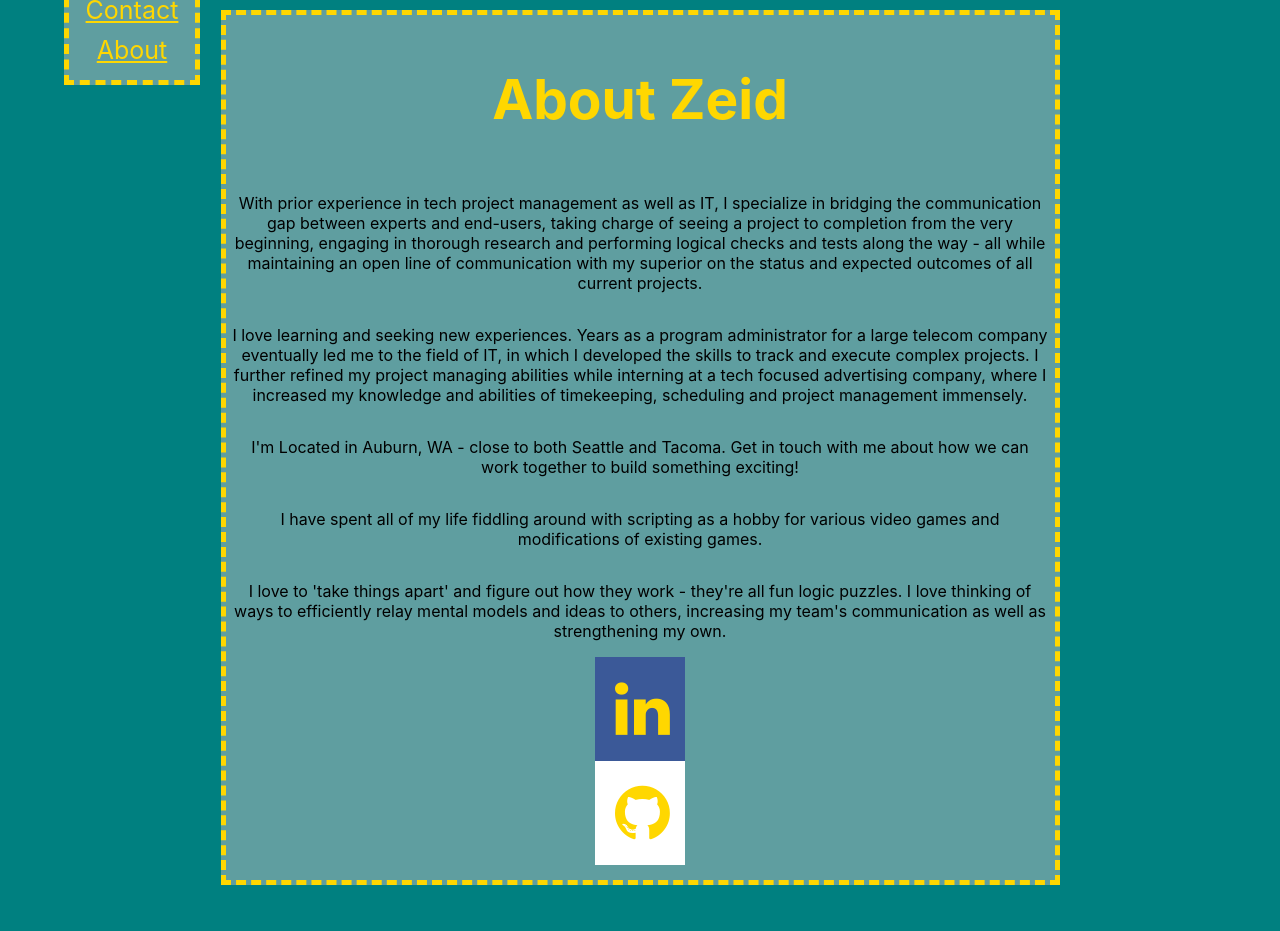
Repository: zeidalidiez/portfolioreact
Page: /About
These files come from the project's save history. The page is drawn as it stood at one moment and after the next save; the edit follows.
The browser window is 1280 px wide. The pictures show the whole page.
The project was rebuilt for these pictures with package versions that can differ from the ones it lists, and the page was loaded fresh each time. Also part of the build but not shown: src/components/Thumbnail.js, src/components/Projects.js, src/components/Contact.js.

Above is the page before, as saved 2021-02-08 18:57:38.

### public/index.html
<!DOCTYPE html>
<html lang="en">
  <head>
    <meta charset="utf-8" />
    <link href="data:[embedded picture, 289 characters]" rel="icon" type="image/x-icon" />    <meta name="viewport" content="width=device-width, initial-scale=1" />
    <link rel="stylesheet" href="https://cdnjs.cloudflare.com/ajax/libs/font-awesome/4.7.0/css/font-awesome.min.css">
    <meta name="theme-color" content="#000000" />
    <meta
      name="description"
      content="Web site created using create-react-app"
    />    <!--
      manifest.json provides metadata used when your web app is installed on a
      user's mobile device or desktop. See https://developers.google.com/web/fundamentals/web-app-manifest/
    -->
    <link rel="manifest" href="%PUBLIC_URL%/manifest.json" />
    <!--
      Notice the use of %PUBLIC_URL% in the tags above.
      It will be replaced with the URL of the `public` folder during the build.
      Only files inside the `public` folder can be referenced from the HTML.

      Unlike "/favicon.ico" or "favicon.ico", "%PUBLIC_URL%/favicon.ico" will
      work correctly both with client-side routing and a non-root public URL.
      Learn how to configure a non-root public URL by running `npm run build`.
    -->
    <title>Zeid Diez - Portfolio</title>
  </head>
  <body>
    <noscript>You need to enable JavaScript to run this app.</noscript>
    <div id="root"></div>
    <!--
      This HTML file is a template.
      If you open it directly in the browser, you will see an empty page.

      You can add webfonts, meta tags, or analytics to this file.
      The build step will place the bundled scripts into the <body> tag.

      To begin the development, run `npm start` or `yarn start`.
      To create a production bundle, use `npm run build` or `yarn build`.
    -->
  </body>
</html>

### src/index.js
import React from 'react';
import ReactDOM from 'react-dom';
import './index.css';
import App from './components/App';
import reportWebVitals from './reportWebVitals';

ReactDOM.render(
  <React.StrictMode>
  <App />
  </React.StrictMode>,
  document.getElementById('root')
);

// If you want to start measuring performance in your app, pass a function
// to log results (for example: reportWebVitals(console.log))
// or send to an analytics endpoint. Learn more: https://bit.ly/CRA-vitals
reportWebVitals();

### src/components/App.js
// App.jsx

import React from 'react';
import logo from './logo.svg';
// Import the BrowserRouter, Route and Link components
import {Route, BrowserRouter as Router, Link} from "react-router-dom";
import Projects from './Projects.js';
import Contact from './Contact.js';
import About from './About.js';
import './App.css';

function App() {
  return (
    <header>
    <Router>
      <div className="App">
        <Route exact path="/Projects" component={Projects} />
        <Route exact path="/Contact" component={Contact} />
        <Route exact path="/About" component={About} />
        <Route exact path="/" component={About} />
  <nav>
        <div className="navigation">
          <div className="navigation-sub">
            <Link to="/Projects" className="item">Projects</Link>
            <Link to="/Contact" className="item">Contact</Link>
            <Link to="/About" className="item">About</Link>

          </div>
        </div>
        </nav>
      </div>
    </Router>
    <menu>

</menu>
    </header>


  );
}

export default App;

### src/components/About.js
import React from "react"

function About(props) {
  return (
    <div className="aboutDiv">
      <h2>About Zeid</h2>
      <p>With prior experience in tech project management as well as IT, I specialize in bridging the communication gap between experts and end-users, taking charge of seeing a project to completion from the very beginning, engaging in thorough research and performing logical checks and tests along the way - all while maintaining an open line of communication with my superior on the status and expected outcomes of all current projects. </p>
      <p>I love learning and seeking new experiences. Years as a program administrator for a large telecom company eventually led me to the field of IT, in which I developed the skills to track and execute complex projects. I further refined my project managing abilities while interning at a tech focused advertising company, where I increased my knowledge and abilities of timekeeping, scheduling and project management immensely.</p>
      <p>I'm Located in Auburn, WA - close to both Seattle and Tacoma. Get in touch with me about how we can work together to build something exciting! </p>
      <p>I have spent all of my life fiddling around with scripting as a hobby for various video games and modifications of existing games.</p>
      <p>I love to 'take things apart' and figure out how they work - they're all fun logic puzzles. I love thinking of ways to efficiently relay mental models and ideas to others, increasing my team's communication as well as strengthening my own.</p>

      <a href="https://www.linkedin.com/in/zeid-diez/" class="fa fa-linkedin"></a>
      <a href="https://github.com/zeidalidiez" class="fa fa-github"></a>
    </div>
  )
}

export default About;

### src/components/App.css

body {
  background-color: teal;
  display: grid;
}
div {
display: grid;
padding: 5px;
position: relative;
text-align: center;
padding-bottom: 15px;

}
 .projectDiv {
  background-color: cadetblue;
  width: 65%;
  justify-self: center;
  align-self: center;
  align-items: center;
  border: 5px dashed gold;
 }
h2 {
  color: Gold;
  font-size: 55px;
}

/* div.project {
  text-align: center;
  font-family: Georgia, "Times New Roman", Times, serif;
  font-style: italic;
  padding-bottom: 15px;
  border: 5px dashed gold;
  width: 80%;
  justify-self: center;
} */

div.project-title {
  position: relative;
  text-align: center;
  font-family: Georgia, "Times New Roman", Times, serif;
  font-style: italic;
  padding-bottom: 15px;

}

.navigation {
text-align: center;
align-self: center;
top: 0;
position: fixed;
  }

.navigation-sub {
padding: 10px;
text-align: center;
align-self: center;
bottom: auto;
left: 5%;
position: fixed;
border: 5px dashed gold;
background-color: cadetblue;
font-size: 25px;
}

a {
  display: grid;
padding: 5px;
text-align: center;
align-self: center;
}

img {
  display: block;
  margin-left: auto;
  margin-right: auto;
  width: 50%;
}


/* unvisited link */
a:link {
  color: gold;
}

/* visited link */
a:visited {
  color: rgb(255, 208, 0);
}

/* mouse over link */
a:hover {
  color: rgb(255, 174, 0);
}

/* selected link */
a:active {
  color: rgb(255, 0, 0);
}

.aboutDiv {
  background-color: cadetblue;
  width: 65%;
  justify-self: center;
  border: 5px dashed gold;

}

form {
  background-color: cadetblue;
  width: 65%;
  justify-self: center;
  padding-bottom: 60px;
  display: grid;
  border: 5px dashed gold;
}

.emailInput {
  width: 100%;
  padding: 12px 20px;
  margin: 8px 0;
  box-sizing: border-box;
}

.messageInput {
  width: 100%;
  box-sizing: border-box;
  height: 150px;
  border-radius: 4px;
  resize: none;
}

/* Style all font awesome icons */
.fa {
  padding: 20px;
  font-size: 64px;
  width: 50px;
  text-align: center;
  text-decoration: none;
  justify-self: center;
}

/* Add a hover effect if you want */
.fa:hover {
  opacity: 0.7;
}

/* Set a specific color for each brand */

/* linkedin */
.fa-linkedin {
  background: #3B5998;
  color: white;
}

/* github */
.fa-github {
  background: #ffffff;
  color: rgb(0, 0, 0);
}

@media screen and (max-width: 800px) {
  .navigation {
    text-align: center;
    align-self: center;
    top: 0;
    position: fixed;
      }

    .navigation-sub {
    padding: 10px;
    text-align: center;
    align-self: center;
    bottom: auto;
    left: 5%;
    position: fixed;
    border: 5px dashed gold;
    background-color: cadetblue;
    font-size: 10px;
    }
}

Loaded but not shown: src/index.css (common file); src/reportWebVitals.js (common file)

After the next save:
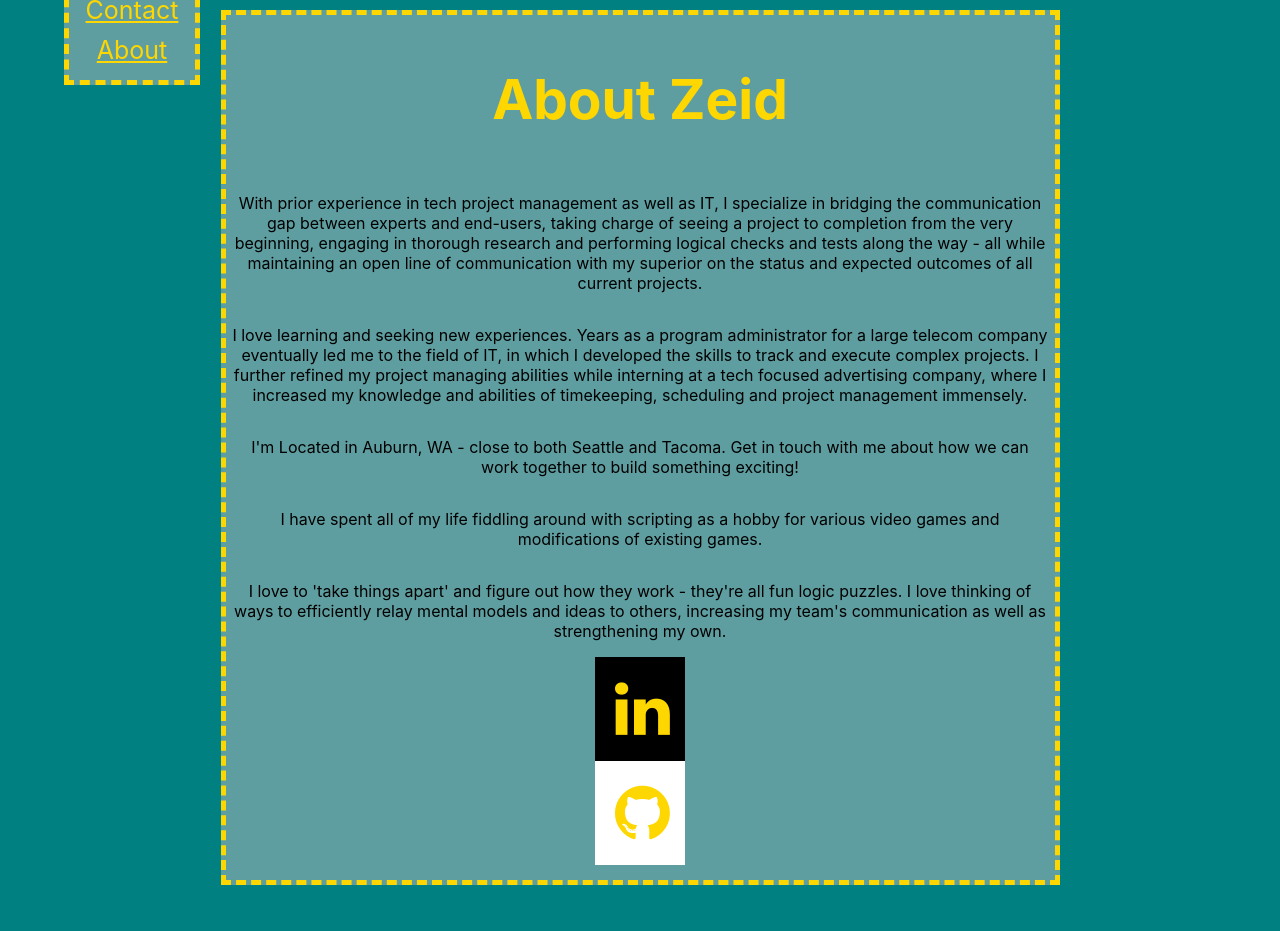
Saved 22 s later.
--- a/src/components/App.css
+++ b/src/components/App.css
@@ -148,7 +148,7 @@ form {
 
 /* linkedin */
 .fa-linkedin {
-  background: #3B5998;
+  background: #000000;
   color: white;
 }
 
